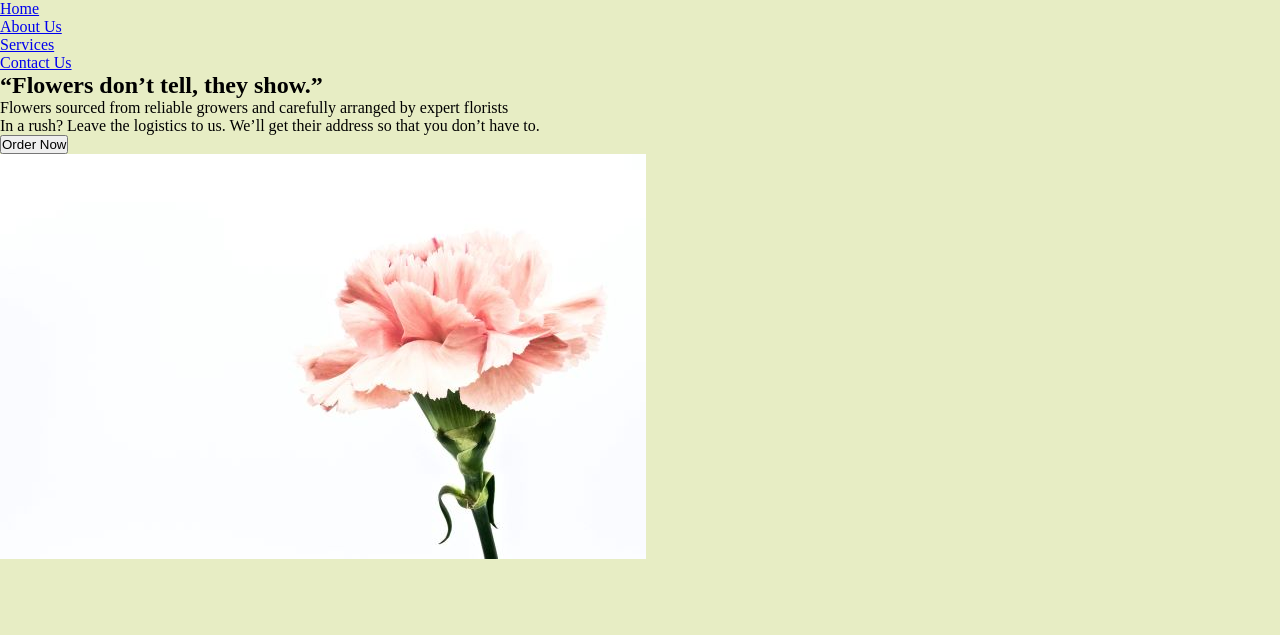
Repository: SaadYasin/test003-flex-box
Page: index.html
The author's editor kept a copy of each file at every save. The page is drawn from the files as they stood at one save, then again after the next save.
The browser window is 1280 px wide. The pictures show the whole page.

Above is the page before, as saved 2022-10-30 14:58:29.

### index.html
<!DOCTYPE html>
<html lang="en">
<head>
  <meta charset="UTF-8">
  <meta http-equiv="X-UA-Compatible" content="IE=edge">
  <meta name="viewport" content="width=device-width, initial-scale=1.0">
  <title>Business Assistant</title>

  <link rel="stylesheet" href="style.css">
</head>
<body>
  <!-- Main header start -->
  <header>
    <div class="header-container">
      <!-- <h1 class="logo">Flora</h1> -->
      <!-- <img src="./images/flora-icon.png" alt=""> -->
      <nav>
        <ul>
          <li><a href="#">Home</a></li>
          <li><a href="#">About Us</a></li>
          <li><a href="#">Services</a></li>
          <li><a href="#">Contact Us</a></li>
        </ul>
      </nav>
    </div>
  </header>
  <!-- Min header end -->
  <section class="hero-section">
    <div class="hero-text">
      <h1 class="hero-title">“Flowers don’t tell, they show.”</h1>
      <p class="hero-paragraph">Flowers sourced from reliable growers and carefully arranged by expert florists</p>
      <p class="hero-paragraph">In a rush? Leave the logistics to us. We’ll get their address so that you don’t have to.</p>
      <button type="button" class="coa-btn">Order Now</button>
    </div>
    <div><img src="./images/alesia_flower-small.jpg" alt="" class="hero-img"></div>
  </section>
</body>
</html>

### style.css
* {
  padding: 0;
  margin: 0;
  box-sizing: border-box;
}

body {
  background: rgb(231, 237, 196);
}

After the next save:
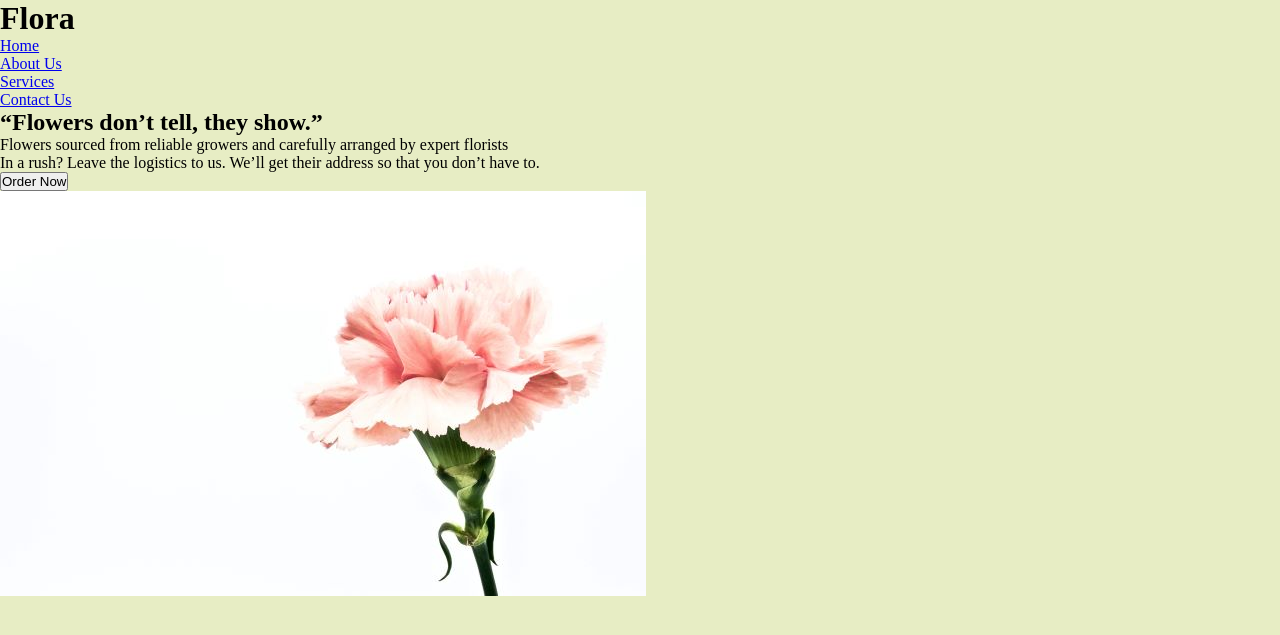
Saved 59 s later.
--- a/index.html
+++ b/index.html
@@ -12,7 +12,7 @@
   <!-- Main header start -->
   <header>
     <div class="header-container">
-      <!-- <h1 class="logo">Flora</h1> -->
+      <h1 class="logo">Flora</h1>
       <!-- <img src="./images/flora-icon.png" alt=""> -->
       <nav>
         <ul>
